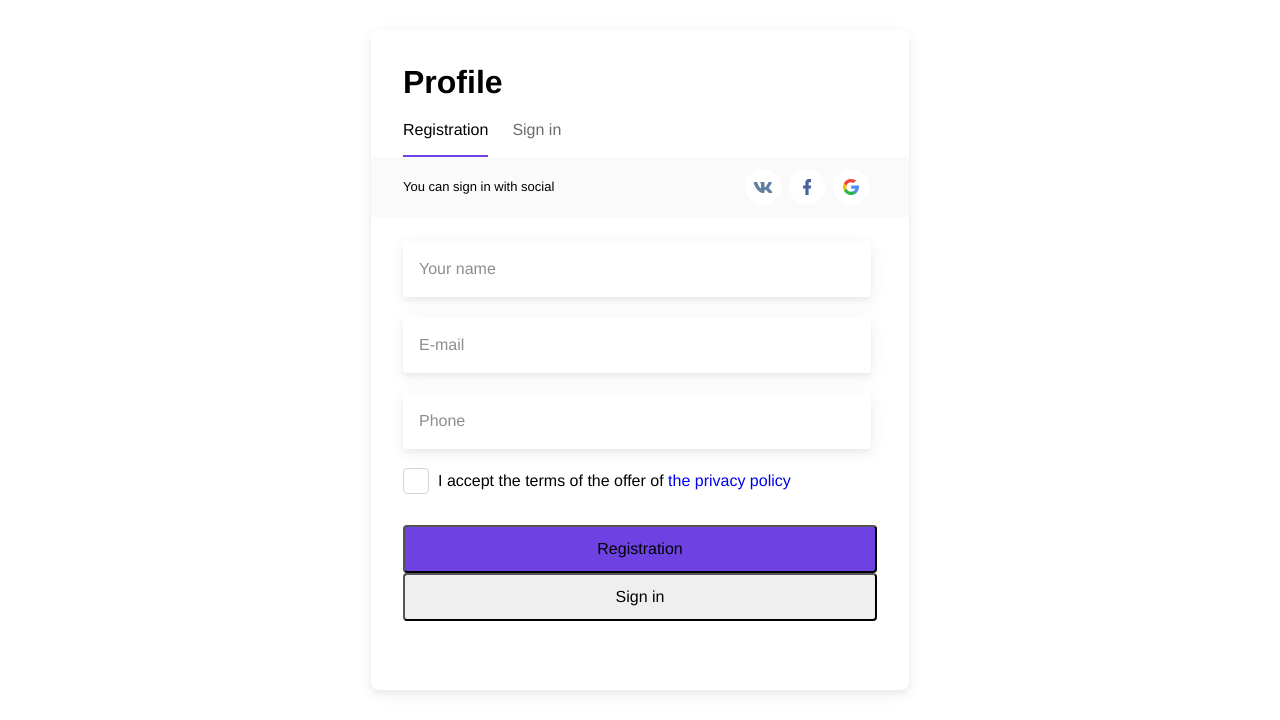
Repository: skydevil1604/vue-test-app
Page: /
The author's editor kept a copy of each file at every save. The page is drawn from the files as they stood at one save, then again after the next save.
The browser window is 1280 px wide. The pictures show the whole page.
The project was rebuilt for these pictures with package versions that can differ from the ones it lists, and the page was loaded fresh each time.

Above is the page before, as saved 2020-04-06 15:53:25.

### public/index.html
<!DOCTYPE html>
<html lang="en">
  <head>
    <meta charset="utf-8">
    <meta http-equiv="X-UA-Compatible" content="IE=edge">
    <meta name="viewport" content="width=device-width,initial-scale=1.0">
    <link rel="icon" href="<%= BASE_URL %>favicon.ico">
    <link rel="stylesheet" href="../src/assets/normalize.css">
    <title><%= htmlWebpackPlugin.options.title %></title>
  </head>
  <body>
    <noscript>
      <strong>We're sorry but <%= htmlWebpackPlugin.options.title %> doesn't work properly without JavaScript enabled. Please enable it to continue.</strong>
    </noscript>
    <div id="app"></div>
    <!-- built files will be auto injected -->
  </body>
</html>

### src/App.vue
<template>
  <div id="app">
    <AuthenticationForm />
  </div>
</template>

<script>
import AuthenticationForm from './components/AuthenticationForm';

export default {
  name: 'App',
  components: {
    AuthenticationForm
  }
}
</script>

<style>
#app {
  font-family: Avenir, Helvetica, Arial, sans-serif;
  -webkit-font-smoothing: antialiased;
  -moz-osx-font-smoothing: grayscale;
  text-align: center;
  display: flex;
  height: 100vh;
}
</style>

### src/components/AuthenticationForm.vue
<template>
    <div class="authentication">
        <h1 class="authentication__header">Profile</h1>
        <Tabs>
            <Tab name="Registration">
                <RegistrationComponent />
            </Tab>
            <Tab name="Sign in">
                <LoginComponent :validate="false"/>
            </Tab>
        </Tabs>
    </div>
</template>
<script>
import Tabs from '@/components/Tabs';
import Tab from '@/components/Tab';
import LoginComponent from '@/components/Login';
import RegistrationComponent from '@/components/Registration';

export default {
    name: 'AuthenticationForm',
    components: {
        Tabs,
        Tab,
        LoginComponent,
        RegistrationComponent,
    }
}
</script>

<style lang="scss" scoped>
    .authentication {
        margin: auto;
        width: 474px;
        height: 628px;
        background: #FFFFFF;
        box-shadow: 0px 4px 16px rgba(51, 51, 51, 0.08), 0px 4px 4px rgba(51, 51, 51, 0.04);
        border-radius: 8px;
        padding-top: 32px;
        padding-left: 32px;
        padding-right: 32px;

            &__header {
                text-align: left;
                font-style: normal;
                font-weight: bold;
                font-size: 32px;
                line-height: 40px;
                margin: 0;
            }
    }
</style>

### src/components/Tabs.vue
<template>
    <div class="tabs">
        <ul class="tabs__list">
            <li
                v-for="(item, index) in items"
                :key="index"
                :class="item.active ? 'tabs__listitem tabs__listitem--active': 'tabs__listitem'"
                >
                <a
                    :href="item.hash"
                    class="tabs__itemlink"
                    v-text="item.name"
                    @click.prevent="showTab(item.hash)">
                </a>
            </li>
        </ul>
        <section class="tabs__content">
            <slot />
        </section>
    </div>
</template>
<script>
export default {
    name: 'Tabs',
    data() {
        return {
            items: [],
            selected: '',
        }
    },
    methods: {
        showTab(target) {
            this.items.forEach(item => item.active = (item.hash === target))
        },
    },
    created() {
        this.items = this.$children
    },
    mounted() {
        const startItem = this.items.findIndex(item => item.start)
        this.items[startItem > 0 ? startItem : 0].active = true;
    }
}
</script>
<style lang="scss" scoped>
.tabs {
    display: flex;
    flex-direction: column;
    &__list {
        display: flex;
        flex-direction: row;
        padding: 0;
        margin-bottom: 0;
        list-style-type: none;
    }
    &__listitem {
        min-width: 50px;
        color: black;
        font-size: 16px;
        line-height: 24px;
        padding-bottom: 15px;
        color: #6B6B6B;
        &--active {
            border-top-width: 6px;
            color: black;
            box-shadow: inset 0px -2px 0px #6E41E2;
        }
        &:first-child {
            border-top-left-radius: 5px;
            margin-right: 24px;
        }
        &:last-child {
            border-top-right-radius: 5px;
        }
    }
    &__itemlink {
        flex: 1;
        display: flex;
        align-items: center;
        text-decoration: none;
        font-size: inherit;
        color: inherit;
    }
}
</style>

### src/components/Tab.vue
<template>
    <div
        :id="hash"
        v-show="active">
        <slot />
    </div>
</template>
<script>
export default {
    name: 'Tab',
    props: {
        name: {
            type: String,
            required: true,
        },
        start: {
            type: Boolean,
            default: false,
        },
    },
    data() {
        return {
            active: false,
        }
    },
    computed: {
        hash() {
            return '%23' + this.name.toLowerCase().replace(/ /g, '-');
        },
    },
}
</script>

### src/components/Login.vue
<template>
  <div class="form-wrapper">
    <div class="social">
      <div class="social__text">You can sign in with social</div>
      <div class="social__items">
        <a class="social__item social__item--vkontakte" href="#">
          <svg width="20" height="11" viewBox="0 0 20 11" fill="none" xmlns="http://www.w3.org/2000/svg">
            <path d="M18.8002 0.74C18.9302 0.32 18.8002 0 18.1802 0H16.1602C15.6402 0 15.4102 0.27 15.2802 0.57C15.2802 0.57 14.2502 3.08 12.7902 4.72C12.3102 5.19 12.1002 5.34 11.8402 5.34C11.7102 5.34 11.5002 5.19 11.5002 4.76V0.74C11.5002 0.23 11.3802 0 10.9502 0H7.7602C7.4402 0 7.2502 0.24 7.2502 0.47C7.2502 0.95 8.0002 1.07 8.0502 2.44V5.42C8.0502 6.08 7.9302 6.2 7.6802 6.2C7.0002 6.2 5.3202 3.67 4.3302 0.79C4.1302 0.23 3.9402 0 3.4202 0H1.3902C0.820195 0 0.700195 0.27 0.700195 0.57C0.700195 1.11 1.3902 3.77 3.9002 7.29C5.5702 9.7 7.9302 11 10.0802 11C11.3702 11 11.5302 10.71 11.5302 10.21V8.39C11.5302 7.82 11.6502 7.7 12.0602 7.7C12.3602 7.7 12.8702 7.85 14.0702 9C15.4502 10.38 15.6702 11 16.4502 11H18.4702C19.0502 11 19.3402 10.71 19.1802 10.14C19.0002 9.57 18.3402 8.74 17.4702 7.76C17.0002 7.21 16.2902 6.61 16.0702 6.3C15.7702 5.92 15.8602 5.75 16.0702 5.4C16.0702 5.4 18.5402 1.93 18.8002 0.74Z" fill="#627DA1"/>
          </svg>
        </a>
        <a class="social__item social__item--facebook" href="#">
          <svg width="8" height="16" viewBox="0 0 8 16" fill="none" xmlns="http://www.w3.org/2000/svg">
            <path d="M8 0V3.2H6.4C5.848 3.2 5.6 3.848 5.6 4.4V6.4H8V9.6H5.6V16H2.4V9.6H0V6.4H2.4V3.2C2.4 2.35131 2.73714 1.53737 3.33726 0.937258C3.93737 0.337142 4.75131 0 5.6 0H8Z" fill="#4B629E"/>
          </svg>
        </a>
        <a class="social__item social__item--google" href="#">
          <svg width="24" height="24" viewBox="0 0 24 24" fill="none" xmlns="http://www.w3.org/2000/svg">
            <rect x="4" y="4" width="15.9995" height="15.9998" fill="white" fill-opacity="0.01"/>
            <path d="M7.54632 13.6683L6.9894 15.7474L4.95387 15.7905C4.34554 14.6621 4.00049 13.3712 4.00049 11.9993C4.00049 10.6727 4.3231 9.42177 4.89496 8.32025H4.8954L6.70759 8.6525L7.50144 10.4538C7.33529 10.9382 7.24473 11.4582 7.24473 11.9993C7.2448 12.5866 7.35117 13.1492 7.54632 13.6683Z" fill="#FBBB00"/>
            <path d="M19.8604 10.5052C19.9523 10.9891 20.0002 11.4889 20.0002 11.9997C20.0002 12.5724 19.9399 13.1311 19.8252 13.67C19.4358 15.5038 18.4182 17.1051 17.0086 18.2383L17.0082 18.2378L14.7256 18.1214L14.4026 16.1047C15.3379 15.5561 16.0689 14.6977 16.454 13.67H12.1763V10.5052H16.5164H19.8604Z" fill="#518EF8"/>
            <path d="M17.0077 18.2383L17.0082 18.2387C15.6373 19.3407 13.8957 20 12 20C8.95349 20 6.30479 18.2972 4.95361 15.7913L7.54607 13.6692C8.22164 15.4722 9.96093 16.7557 12 16.7557C12.8764 16.7557 13.6975 16.5188 14.4021 16.1052L17.0077 18.2383Z" fill="#28B446"/>
            <path d="M17.1068 5.84172L14.5152 7.96344C13.786 7.50763 12.924 7.24433 12.0005 7.24433C9.91533 7.24433 8.14351 8.58671 7.50178 10.4544L4.8957 8.32081H4.89526C6.22666 5.75382 8.90877 4 12.0005 4C13.9416 4 15.7213 4.69143 17.1068 5.84172Z" fill="#F14336"/>
          </svg>
        </a>
      </div>
    </div>
    <form class="form" action="#">
      <input class="form__item" type="email" name="email" id="email" placeholder="E-mail" >
      <input class="form__item" type="password" name="password" id="password" placeholder="Password">
    </form>
  </div>
</template>

<script>


export default {
  name: 'LoginComponent',
};
</script>
<style lang="scss">
  .social {
    height: 60px;
    display: flex;
    justify-content: space-between;
    background: #FAFAFA;
    align-items: center;
    width: 474px;
    margin-left: -32px;
    padding-left: 32px;
    padding-right: 32px;
    margin-bottom: 24px;

      &__text {
        font-style: normal;
        font-weight: normal;
        font-size: 13px;
        line-height: 20px;
      }

      &__items {
        display: flex;
        align-items: center;
      }

      &__item {
        width: 36px;
        height: 36px;
        border-radius: 50%;
        background-color: #ffffff;
        margin-right: 8px;
        display: flex;

          & svg {
            margin: auto;
          }
      }
  }
</style>

### src/components/Registration.vue
<template>
  <div class="form-wrapper">
    <div class="social">
      <div class="social__text">You can sign in with social</div>
      <div class="social__items">
        <a class="social__item social__item--vkontakte" href="#">
          <svg width="20" height="11" viewBox="0 0 20 11" fill="none" xmlns="http://www.w3.org/2000/svg">
            <path d="M18.8002 0.74C18.9302 0.32 18.8002 0 18.1802 0H16.1602C15.6402 0 15.4102 0.27 15.2802 0.57C15.2802 0.57 14.2502 3.08 12.7902 4.72C12.3102 5.19 12.1002 5.34 11.8402 5.34C11.7102 5.34 11.5002 5.19 11.5002 4.76V0.74C11.5002 0.23 11.3802 0 10.9502 0H7.7602C7.4402 0 7.2502 0.24 7.2502 0.47C7.2502 0.95 8.0002 1.07 8.0502 2.44V5.42C8.0502 6.08 7.9302 6.2 7.6802 6.2C7.0002 6.2 5.3202 3.67 4.3302 0.79C4.1302 0.23 3.9402 0 3.4202 0H1.3902C0.820195 0 0.700195 0.27 0.700195 0.57C0.700195 1.11 1.3902 3.77 3.9002 7.29C5.5702 9.7 7.9302 11 10.0802 11C11.3702 11 11.5302 10.71 11.5302 10.21V8.39C11.5302 7.82 11.6502 7.7 12.0602 7.7C12.3602 7.7 12.8702 7.85 14.0702 9C15.4502 10.38 15.6702 11 16.4502 11H18.4702C19.0502 11 19.3402 10.71 19.1802 10.14C19.0002 9.57 18.3402 8.74 17.4702 7.76C17.0002 7.21 16.2902 6.61 16.0702 6.3C15.7702 5.92 15.8602 5.75 16.0702 5.4C16.0702 5.4 18.5402 1.93 18.8002 0.74Z" fill="#627DA1"/>
          </svg>
        </a>
        <a class="social__item social__item--facebook" href="#">
          <svg width="8" height="16" viewBox="0 0 8 16" fill="none" xmlns="http://www.w3.org/2000/svg">
            <path d="M8 0V3.2H6.4C5.848 3.2 5.6 3.848 5.6 4.4V6.4H8V9.6H5.6V16H2.4V9.6H0V6.4H2.4V3.2C2.4 2.35131 2.73714 1.53737 3.33726 0.937258C3.93737 0.337142 4.75131 0 5.6 0H8Z" fill="#4B629E"/>
          </svg>
        </a>
        <a class="social__item social__item--google" href="#">
          <svg width="24" height="24" viewBox="0 0 24 24" fill="none" xmlns="http://www.w3.org/2000/svg">
            <rect x="4" y="4" width="15.9995" height="15.9998" fill="white" fill-opacity="0.01"/>
            <path d="M7.54632 13.6683L6.9894 15.7474L4.95387 15.7905C4.34554 14.6621 4.00049 13.3712 4.00049 11.9993C4.00049 10.6727 4.3231 9.42177 4.89496 8.32025H4.8954L6.70759 8.6525L7.50144 10.4538C7.33529 10.9382 7.24473 11.4582 7.24473 11.9993C7.2448 12.5866 7.35117 13.1492 7.54632 13.6683Z" fill="#FBBB00"/>
            <path d="M19.8604 10.5052C19.9523 10.9891 20.0002 11.4889 20.0002 11.9997C20.0002 12.5724 19.9399 13.1311 19.8252 13.67C19.4358 15.5038 18.4182 17.1051 17.0086 18.2383L17.0082 18.2378L14.7256 18.1214L14.4026 16.1047C15.3379 15.5561 16.0689 14.6977 16.454 13.67H12.1763V10.5052H16.5164H19.8604Z" fill="#518EF8"/>
            <path d="M17.0077 18.2383L17.0082 18.2387C15.6373 19.3407 13.8957 20 12 20C8.95349 20 6.30479 18.2972 4.95361 15.7913L7.54607 13.6692C8.22164 15.4722 9.96093 16.7557 12 16.7557C12.8764 16.7557 13.6975 16.5188 14.4021 16.1052L17.0077 18.2383Z" fill="#28B446"/>
            <path d="M17.1068 5.84172L14.5152 7.96344C13.786 7.50763 12.924 7.24433 12.0005 7.24433C9.91533 7.24433 8.14351 8.58671 7.50178 10.4544L4.8957 8.32081H4.89526C6.22666 5.75382 8.90877 4 12.0005 4C13.9416 4 15.7213 4.69143 17.1068 5.84172Z" fill="#F14336"/>
          </svg>
        </a>
      </div>
    </div>
    <form class="form" action="#">
      <input class="form__item" type="text" name="name" id="name" placeholder="Your name">
      <input class="form__item" type="email" name="email" id="email" placeholder="E-mail" >
      <input class="form__item" type="tel" name="tel" id="tel" placeholder="Phone">
      <div class="checkbox">
        <input type="checkbox" id="acception">
        <label for="acception">
          I accept the terms of the offer of <a href="#">the privacy policy</a>
        </label>
      </div>
      <button class="button button--reg" type="submit">Registration</button>
      <button class="button button--sign" type="submit">Sign in</button>
    </form>
  </div>
</template>

<script>


export default {
  name: 'RegistrationComponent',
}
</script>

<style lang="scss">

  @mixin placeholder {
    &::-webkit-input-placeholder { color: rgba(17, 17, 17, 0.48) }
    &:-moz-placeholder           { color: rgba(17, 17, 17, 0.48) }
    &::-moz-placeholder          { color: rgba(17, 17, 17, 0.48) }
    &:-ms-input-placeholder      { color: rgba(17, 17, 17, 0.48) }
}
  @mixin placeholder-move-on-focus {
    &:focus::-webkit-input-placeholder { line-height: 20px;  transition: line-height 0.5s ease; }
    &:focus:-moz-placeholder           { line-height: 20px;  transition: line-height 0.5s ease; }
    &:focus::-moz-placeholder          { line-height: 20px;  transition: line-height 0.5s ease; }
    &:focus:-ms-input-placeholder      { line-height: 20px;  transition: line-height 0.5s ease; }
    &:focus::-webkit-input-placeholder { line-height: 100px; transition: line-height 0.5s ease; }
    &:focus:-moz-placeholder           { line-height: 100px; transition: line-height 0.5s ease; }
    &:focus::-moz-placeholder          { line-height: 100px; transition: line-height 0.5s ease; }
    &:focus:-ms-input-placeholder      { line-height: 100px; transition: line-height 0.5s ease; }
}

  .form {
    display: flex;
    flex-direction: column;

      &__item {
        width: 92%;
        box-shadow: 0px 4px 16px rgba(51, 51, 51, 0.08), 0px 4px 4px rgba(51, 51, 51, 0.04);
        border-radius: 4px;
        font-style: normal;
        font-weight: normal;
        font-size: 16px;
        line-height: 24px;
        color: #111111;
        padding: 16px;
        margin-bottom: 20px;
        outline: none;
        border: none;
        @include placeholder;
        @include placeholder-move-on-focus;
      }

      .checkbox {
        text-align: left;
        margin-bottom: 32px;

          & label {
            font-size: 16px;
            line-height: 24px;
            color: #000000;

              & a {
                text-decoration: none;
              }
          }
      }

      .button {
        font-size: 16px;
        line-height: 24px;
        padding-top: 10px;
        padding-bottom: 10px;
        border-radius: 4px;

          &--reg {
            background: #6E41E2;
            color: #000000;
          }
      }

      input[type="checkbox"]:checked,
      input[type="checkbox"]:not(:checked) {
        position: absolute;
        left: -9999px;
      }
      input[type="checkbox"]:checked + label,
      input[type="checkbox"]:not(:checked) + label {
        display: inline-block;
        position: relative;
        padding-left: 35px;
        cursor: pointer;
      }
      input[type="checkbox"]:checked + label:before,
      input[type="checkbox"]:not(:checked) + label:before {
        content: "";
        position: absolute;
        left: 0px;
        top: -1px;
        width: 24px;
        height: 24px;
        border: 1px solid #D4D4D4;
        border-radius: 4px;
      }
      input[type="checkbox"]:checked + label:after,
      input[type="checkbox"]:not(:checked) + label:after {
        content: "";
        position: absolute;
        -webkit-transition: all 0.2s ease;
        -moz-transition: all 0.2s ease;
        -o-transition: all 0.2s ease;
        transition: all 0.2s ease;
        left: 6px;
        top: 6px;
        width: 10px;
        height: 5px;
        border-radius: 1px;
        border-left: 4px solid grey;
        border-bottom: 4px solid grey;
        -webkit-transform: rotate(-45deg);
        -moz-transform: rotate(-45deg);
        -o-transform: rotate(-45deg);
        -ms-transform: rotate(-45deg);
        transform: rotate(-45deg);
      }
      input[type="checkbox"]:not(:checked) + label:after {
        opacity: 0;
      }
      input[type="checkbox"]:checked + label:after {
        opacity: 1;
      }
  }
</style>

Loaded but not shown: src/main.js (common file); src/assets/normalize.css (library)

After the next save:
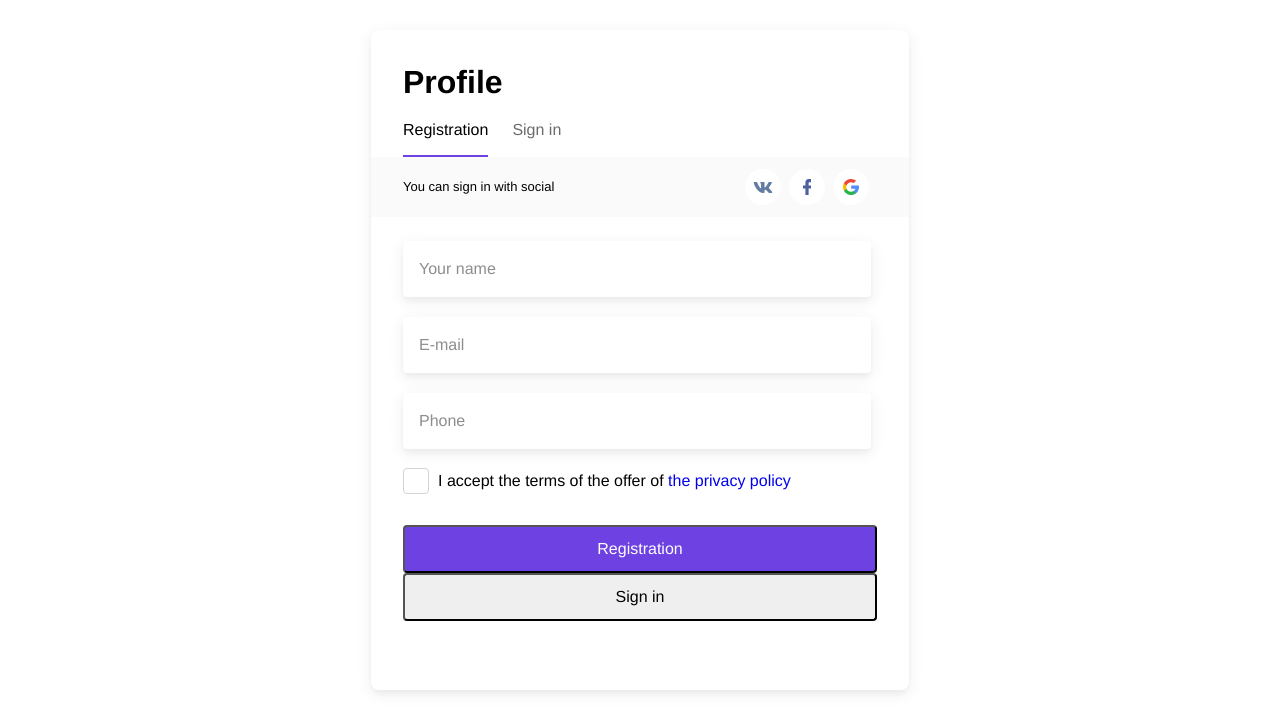
Saved 10 s later.
--- a/src/components/Registration.vue
+++ b/src/components/Registration.vue
@@ -112,7 +112,7 @@ export default {
 
           &--reg {
             background: #6E41E2;
-            color: #000000;
+            color: #ffffff;
           }
       }
 
